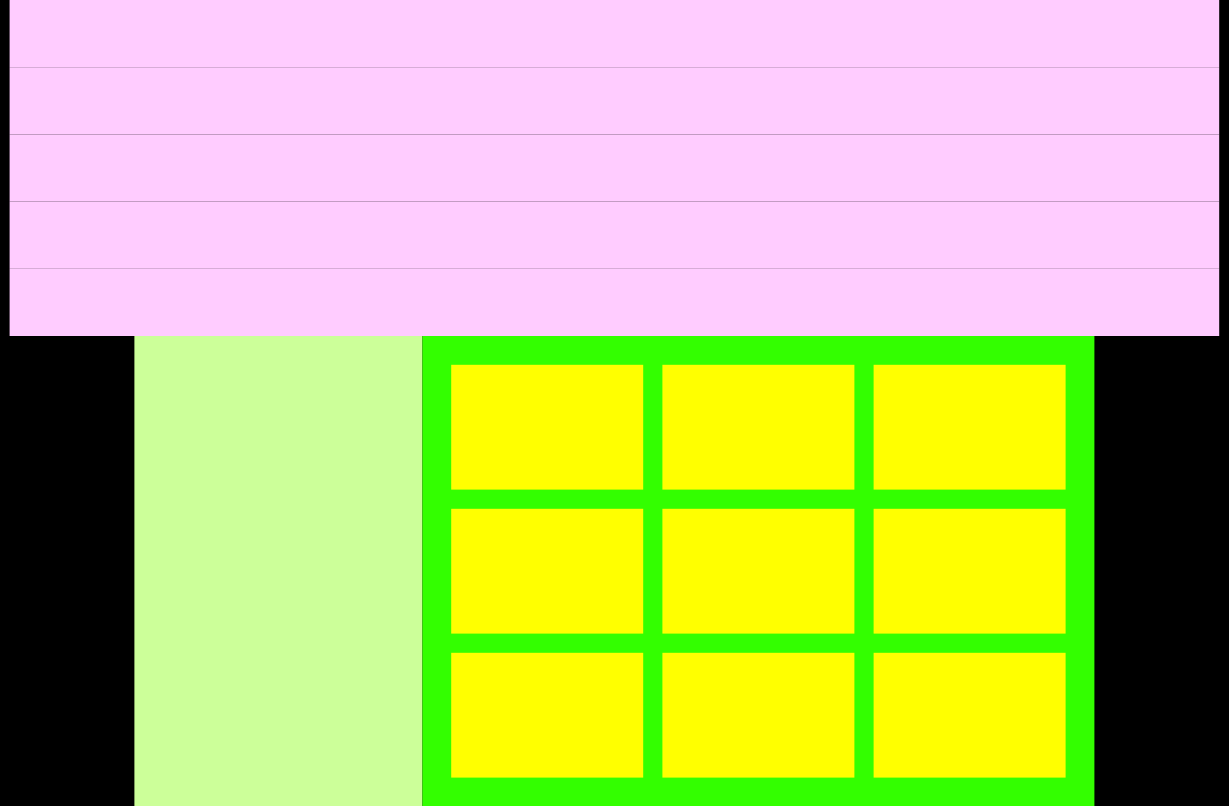
Repository: hayase-m/Webcamp
Page: HTMLCSS/flex/flex.html
The author's editor kept a record of every edit. The page is drawn from the files as they stood at one moment, then again after the next edit.
The browser window is 1280 px wide. The pictures show the whole page, at 96% of full size.

Above is the page before.

### HTMLCSS/flex/flex.html
<!DOCTYPE html>
<html lang="ja">
  <head>
    <meta charset="UTF-8" />
    <link rel="stylesheet" href="style.css" />
    <title>flexbox</title>
  </head>
  <body>
    <header>
      <div class="header-box"></div>
      <div class="header-box"></div>
      <div class="header-box"></div>
      <div class="header-box"></div>
      <div class="header-box"></div>
    </header>

    <main>
      <div class="left-bar"></div>

      <div class="right-bar">
        <div class="main-box"></div>
        <div class="main-box"></div>
        <div class="main-box"></div>
        <div class="main-box"></div>
        <div class="main-box"></div>
        <div class="main-box"></div>
        <div class="main-box"></div>
        <div class="main-box"></div>
        <div class="main-box"></div>
      </div>

    </main>

  </body>
</html>

### HTMLCSS/flex/style.css
* {
  margin: 0;
  padding: 0;
  box-sizing: border-box;
  background-color: black;
}

header {
  width: 100%;
}

.box-content {
  padding: 30px 20px;
  display: flex;
  justify-content: flex-end;
  background-color: #ff00cc;
}

.header-box {
  margin: 0 10px;
  flex-basis: 140px;
  height: 70px;
  background-color: #ffccff;
}

.box-content > :first-child {
  margin-right: auto;
}

 main {
   /*width: 1000px;*/
   /*height: 1000px;*/
   display: flex;
   justify-content: center;
 }

 .left-bar {
  width: 300px;
  background-color: #ccff99;
 }

 .right-bar {
   flex-grow: 1;
   max-width: 700px;
   padding: 20px;
   background-color: #3F0;
   display: flex;
   justify-content: center;
   flex-wrap: wrap;
 }

 .main-box {
  background-color: #FF0;
  margin: 10px;
  flex-basis: 200px;
  height: 130px;
 }

 footer {
   background-color: #09F;
   width: 100%;
   padding: 20px;
   display: flex;
   justify-content: center;
   flex-wrap: wrap;
 }

 .footer-box {
   background-color: #0FF;
   flex-basis: 45%;
   max-width: 600px;
   height: 40px;
   margin: 10px;
 }

After the next edit:
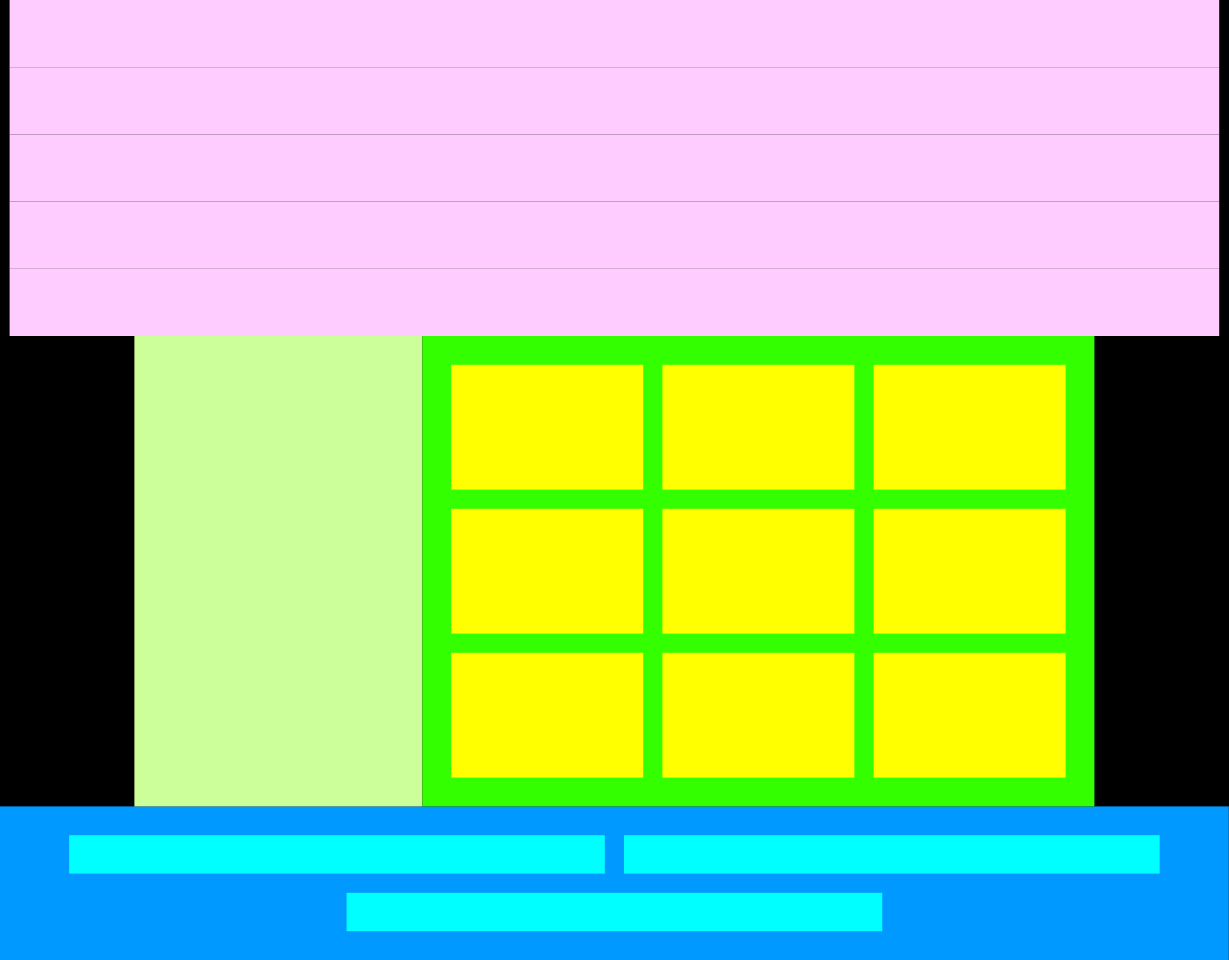
The edit:
--- a/HTMLCSS/flex/flex.html
+++ b/HTMLCSS/flex/flex.html
@@ -31,5 +31,10 @@
 
     </main>
 
+    <footer>
+      <div class="footer-box"></div>
+      <div class="footer-box"></div>
+      <div class="footer-box"></div>
+    </footer>
   </body>
 </html>
